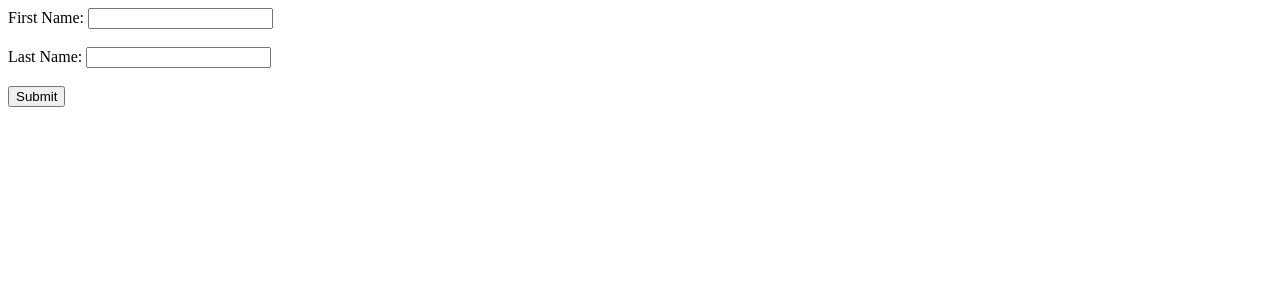
Repository: KMagee/JSP_Course
Page: jspdemo/WebContent/student-checkbox-form.html
An editor plug-in stored every save of this project. The page is shown before and after the next save, followed by the edit.
The browser window is 1280 px wide. The pictures show the whole page.

Above is the page before, as saved 2017-11-03 19:42:00.

After the next save:
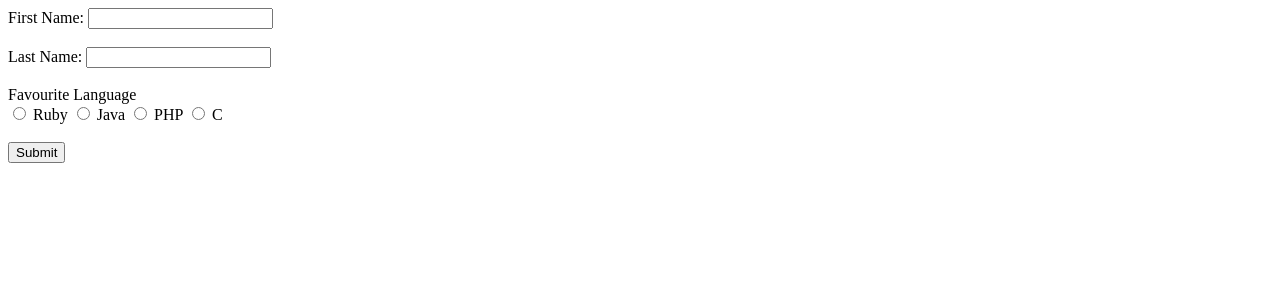
Saved 5 min 46 s later.
--- a/jspdemo/WebContent/student-checkbox-form.html
+++ b/jspdemo/WebContent/student-checkbox-form.html
@@ -7,7 +7,7 @@
 <body>
 
 
-<form action="student-response.jsp">
+<form action="student-radio-result.jsp">
 
 First Name: <input type="text" name="firstName" />
 <br/>
@@ -15,6 +15,16 @@ First Name: <input type="text" name="firstName" />
 Last Name: <input type="text" name="lastName"/>
 <br/>
 <br/>
+
+Favourite Language<br/>
+
+<input type="radio" name="favouritelanguage" value="Ruby"/> Ruby
+<input type="radio" name="favouritelanguage" value="Java"/> Java
+<input type="radio" name="favouritelanguage" value="PHP"/> PHP
+<input type="radio" name="favouritelanguage" value="C"/> C
+
+
+<br/><br/>
 <input type="submit" name="Submit"/>
 
 </form>
